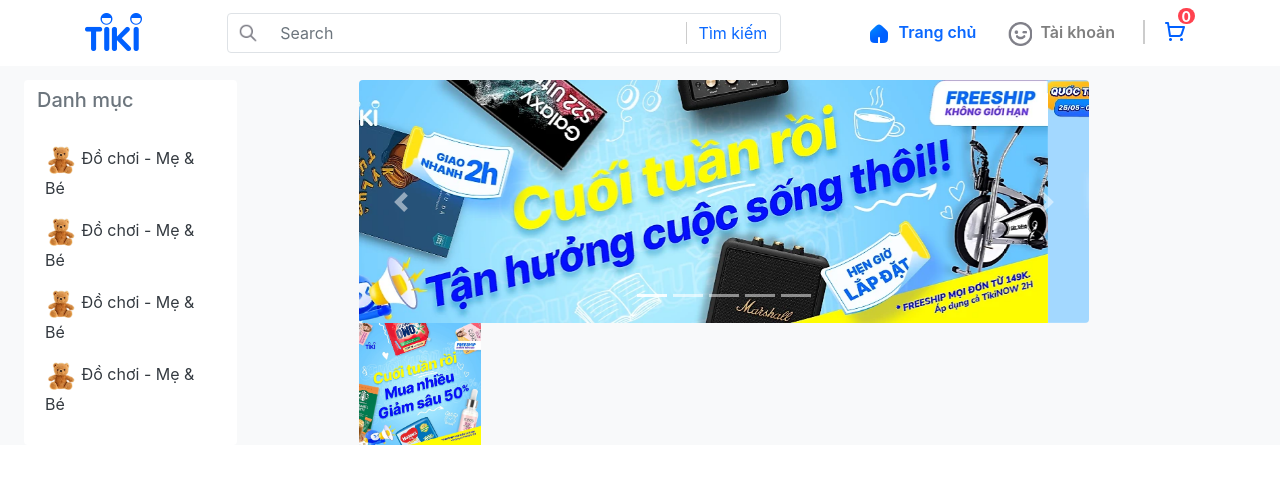
Repository: tam1512/website-ban-hang
Page: index.html
An editor plug-in stored every save of this project. The page is shown before and after the next save, followed by the edit.
The browser window is 1280 px wide. The pictures show the whole page.
Some web libraries are served in a nearby version.

Above is the page before, as saved 2023-05-27 19:20:02.

### index.html
<!DOCTYPE html>
<html lang="en">
  <head>
    <meta charset="UTF-8" />
    <meta http-equiv="X-UA-Compatible" content="IE=edge" />
    <meta name="viewport" content="width=device-width, initial-scale=1.0" />
    <title>Tiki - Mua hàng online</title>
    <link
      rel="stylesheet"
      href="https://stackpath.bootstrapcdn.com/bootstrap/4.3.1/css/bootstrap.min.css"
      integrity="sha384-ggOyR0iXCbMQv3Xipma34MD+dH/1fQ784/j6cY/iJTQUOhcWr7x9JvoRxT2MZw1T"
      crossorigin="anonymous"
    />
    <link rel="stylesheet" href="css/home.css" />
  </head>
  <body>
    <div class="home-page bg-light">
      <!-- Header -->
      <nav class="navbar navbar-expand-lg navbar-light bg-white fixed-top">
        <div class="container">
          <a href="#" class="navbar-brand">
            <img
              src="img/icon/logo.png"
              alt="Tiki"
              width="57"
              height="40"
              class="d-inline-block align-top"
            />
          </a>
          <button
            class="navbar-toggler"
            type="button"
            data-toggle="collapse"
            data-target="#navbarNav"
            aria-controls="navbarNav"
            aria-expanded="false"
            aria-label="Toggle navigation"
          >
            <span class="navbar-toggler-icon"></span>
          </button>
          <form action="" class="form-inline">
            <div class="input-group border rounded bg-white align-items-center">
              <img
                class="search-icon"
                src="img/icon/search.png"
                alt="icon-search"
                width="20"
                height="20"
              />
              <input
                class="form-control border-0"
                type="search"
                placeholder="Search"
                aria-label="Search"
              />
              <button class="btn my-2 my-sm-0">Tìm kiếm</button>
            </div>
          </form>
          <div class="header-user collapse navbar-collapse" id="navbarNav">
            <ul class="navbar-nav mr-auto">
              <li class="nav-item active">
                <a href="#" class="nav-link home-icon">
                  <img
                    src="img/icon/home-active.png"
                    alt=""
                    width="24"
                    height="24"
                  />
                  Trang chủ
                </a>
              </li>
              <li class="nav-item">
                <div class="dropdown-account">
                  <a href="#" class="nav-link user-icon">
                    <img
                      src="img/icon/user.png"
                      alt=""
                      width="24"
                      height="24"
                    />
                    Tài khoản
                  </a>
                  <div class="dropdown-menu-account">
                    <a href="#" class="menu-item">Thông tin tài khoản</a>
                    <a href="#" class="menu-item">Đơn hàng của tôi</a>
                    <a href="#" class="menu-item">Đăng xuất</a>
                  </div>
                </div>
              </li>
              <li class="nav-item">
                <a href="#" class="nav-link cart-icon">
                  <img src="img/icon/cart.png" alt="" width="24" height="24" />
                  <span class="quantity-product-cart">0</span>
                </a>
              </li>
            </ul>
          </div>
        </div>
      </nav>
      <!-- body -->
      <div class="container-fluid bg-light">
        <div class="row">
          <!-- Sidebar -->
          <div class="col-md-2 d-none d-md-block bg-white rounded sidebar ml-4">
            <div class="sidebar-sticky">
              <h5
                class="sidebar-heading d-flex justify-content-between align-items-center mt-2 mb-1 ml-2 text-muted"
              >
                Danh mục
              </h5>
              <ul class="nav flex-column mt-4">
                <li class="nav-item rounded">
                  <a href="#" class="nav-link text-dark">
                    <img
                      src="img/category/dochoi-me&be.png"
                      width="32"
                      height="32"
                      alt=""
                    />
                    Đồ chơi - Mẹ & Bé</a
                  >
                </li>
                <li class="nav-item rounded">
                  <a href="#" class="nav-link text-dark">
                    <img
                      src="img/category/dochoi-me&be.png"
                      width="32"
                      height="32"
                      alt=""
                    />
                    Đồ chơi - Mẹ & Bé</a
                  >
                </li>
                <li class="nav-item rounded">
                  <a href="#" class="nav-link text-dark">
                    <img
                      src="img/category/dochoi-me&be.png"
                      width="32"
                      height="32"
                      alt=""
                    />
                    Đồ chơi - Mẹ & Bé</a
                  >
                </li>
                <li class="nav-item rounded">
                  <a href="#" class="nav-link text-dark">
                    <img
                      src="img/category/dochoi-me&be.png"
                      width="32"
                      height="32"
                      alt=""
                    />
                    Đồ chơi - Mẹ & Bé</a
                  >
                </li>
              </ul>
            </div>
          </div>

          <!-- Main content -->
          <main role="main" class="col-md-10 ml-sm-auto col-lg-9 px-4">
            <!-- Slider -->
            <div
              id="carouselIndicators"
              class="carousel slide col-md-10 col-lg-10"
              data-ride="carousel"
            >
              <!-- Caeousel (thanh truoc) -->
              <ol class="carousel-indicators">
                <li
                  data-target="#carouselIndicators"
                  data-slide-to="0"
                  class="active"
                ></li>
                <li data-target="#carouselIndicators" data-slide-to="1"></li>
                <li data-target="#carouselIndicators" data-slide-to="2"></li>
                <li data-target="#carouselIndicators" data-slide-to="4"></li>
                <li data-target="#carouselIndicators" data-slide-to="5"></li>
              </ol>
              <!-- list slider -->
              <div class="carousel-inner rounded" role="listbox">
                <div class="carousel-item active">
                  <img
                    src="img/slider/1-1.png"
                    class="d-block img-fluid"
                    alt=""
                  />
                </div>
                <div class="carousel-item">
                  <img
                    src="img/slider/1-2.png"
                    class="d-block img-fluid"
                    alt=""
                  />
                </div>
                <div class="carousel-item">
                  <img
                    src="img/slider/1.png"
                    class="d-block img-fluid"
                    alt=""
                  />
                </div>
                <div class="carousel-item">
                  <img
                    src="img/slider/2.png"
                    class="d-block img-fluid"
                    alt=""
                  />
                </div>
                <div class="carousel-item">
                  <img
                    src="img/slider/3.png"
                    class="d-block img-fluid"
                    alt=""
                  />
                </div>
              </div>
              <!-- prev and next -->
              <a
                href="#carouselIndicators"
                class="carousel-control-prev"
                role="button"
                data-slide="prev"
              >
                <span
                  class="carousel-control-prev-icon"
                  aria-hidden="true"
                ></span>
                <spna class="sr-only">Previous</spna>
              </a>
              <a
                href="#carouselIndicators"
                class="carousel-control-next"
                role="button"
                data-slide="next"
              >
                <span
                  class="carousel-control-next-icon"
                  aria-hidden="true"
                ></span>
                <spna class="sr-only">Next</spna>
              </a>
            </div>
            <div class="col-md-2 col-lg-2">
              <img src="img/slider/right-image.png" class="img-fluid" alt="" />
            </div>
          </main>
        </div>
      </div>
    </div>
    <!-- Bootstrap JavaScript -->
    <script
      src="https://code.jquery.com/jquery-3.3.1.slim.min.js"
      integrity="sha384-q8i/X+965DzO0rT7abK41JStQIAqVgRVzpbzo5smXKp4YfRvH+8abtTE1Pi6jizo"
      crossorigin="anonymous"
    ></script>
    <script
      src="https://cdn.jsdelivr.net/npm/@popperjs/core@2.10.2/dist/umd/popper.min.js"
      integrity="sha384-4QJ63v0fU4zqSw8sT5WzE5uYIhSvP5b+Dj7B6pV8j2p6Zx3QJ4f1PcE1y9nHt6wN"
      crossorigin="anonymous"
    ></script>
    <script
      src="https://stackpath.bootstrapcdn.com/bootstrap/4.3.1/js/bootstrap.min.js"
      integrity="sha384-JjSmVgyd0p3pXB1rRibZUAYoIIy6OrQ6VrjIEaFf/nJGzIxFDsf4x0xIM+B07jRM"
      crossorigin="anonymous"
    ></script>
  </body>
</html>

### css/home.css
:root {
  --primary-color: rgb(10, 104, 255);
}

.home-page {
  padding-top: 80px;
}

/* Header */

/* Search */
.container .form-inline {
  flex: 1;
  justify-content: center;
}

.form-inline .input-group {
  width: 80%;
}

.home-page .navbar .form-control {
  border: none;
}

.search-icon {
  margin: 0 10px;
}

.input-group input.form-control:focus,
.input-group button.btn:focus {
  box-shadow: none;
  border-color: transparent;
}

.input-group:focus-within {
  border: 1px solid var(--primary-color) !important;
}
.input-group button.btn:hover {
  background-color: rgba(10, 104, 255, 0.2);
}
.input-group button.btn {
  position: relative;
  border-top-left-radius: 0;
  border-bottom-left-radius: 0;
  color: var(--primary-color);
}
.input-group button.btn::after {
  content: "";
  position: absolute;
  width: 1px;
  height: 60%;
  top: 20%;
  left: -1px;
  background-color: #ccc;
}

/* Header-user */
.active a {
  font-weight: 600;
  color: var(--primary-color) !important;
}

.home-icon,
.user-icon {
  padding: 8px 16px !important;
  border-radius: 8px;
  font-weight: 600;
}

.cart-icon {
  display: flex;
  position: relative;
  align-items: center;
  justify-content: center;
  width: 40px;
  height: 40px;
  border-radius: 8px;
  margin-left: 24px;
}

.quantity-product-cart {
  display: flex;
  align-items: center;
  justify-content: center;
  position: absolute;
  top: -4px;
  right: 0;
  font-size: 14px;
  background-color: rgb(255, 66, 79);
  height: 16px;
  border-radius: 8px;
  color: white;
  padding: 0.5px 4px;
  text-align: center;
  font-weight: 700;
}

.cart-icon::after {
  content: "";
  position: absolute;
  width: 2px;
  height: 24px;
  left: -12px;
  top: 50%;
  transform: translateY(-50%);
  background-color: #ccc;
}

.home-icon:hover,
.user-icon:hover,
.cart-icon:hover {
  background-color: rgba(10, 104, 255, 0.2);
}

.home-icon img,
.user-icon img {
  margin-right: 4px;
}

.home-page .navbar .container .navbar-collapse {
  flex-grow: unset;
}

.dropdown-account {
  position: relative;
}

.dropdown-menu-account {
  display: none;
  position: absolute;
  right: 0;
  top: calc(100% - 1px);
  padding: 10px 0;
  border-radius: 8px;
  border: 1px solid rgb(239, 239, 239);
  background-color: #fff;
  width: 240px;
  justify-content: center;
  flex-direction: column;
}

.dropdown-account:hover .dropdown-menu-account {
  display: flex;
}

.dropdown-menu-account .menu-item {
  color: rgb(39, 39, 42);
  padding: 8px 16px;
}

.dropdown-menu-account .menu-item:hover {
  color: var(--primary-color);
  background-color: rgba(39, 39, 42, 0.12);
  text-decoration: none;
}

/* Side bar */
.sidebar-sticky {
  margin-left: -10px;
  margin-right: -10px;
}

.sidebar .nav .nav-item:hover {
  transition: all 0.4s ease-in-out;
  background-color: rgba(39, 39, 42, 0.24);
}

/* Slider */

After the next save:
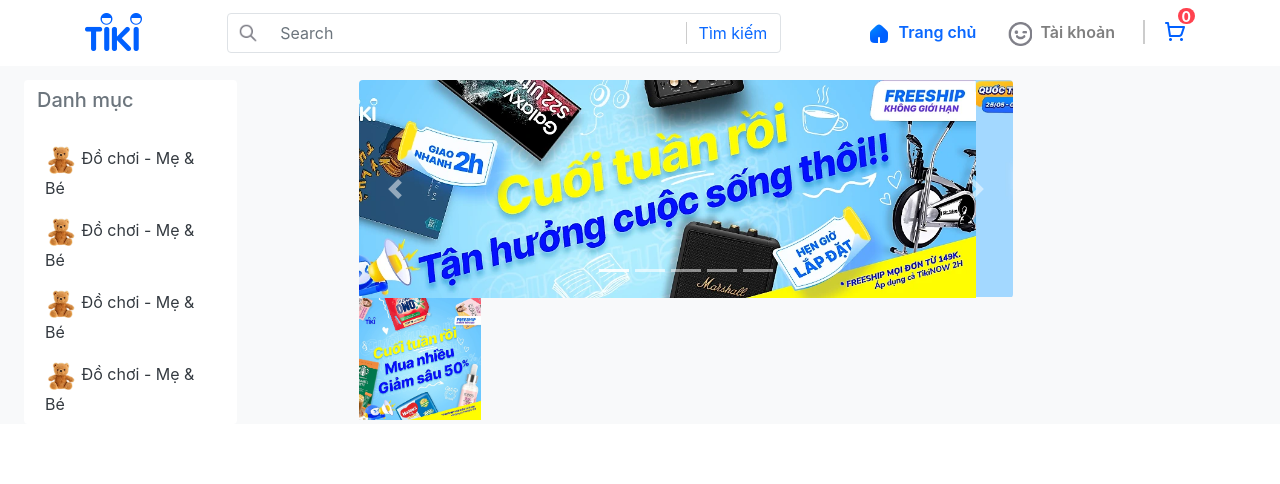
Saved 82 s later.
--- a/index.html
+++ b/index.html
@@ -158,11 +158,11 @@
           </div>
 
           <!-- Main content -->
-          <main role="main" class="col-md-10 ml-sm-auto col-lg-9 px-4">
+          <main role="main" class="col-md-9 ml-sm-auto col-lg-9 px-4">
             <!-- Slider -->
             <div
               id="carouselIndicators"
-              class="carousel slide col-md-10 col-lg-10"
+              class="carousel slide col-md-9 col-lg-9"
               data-ride="carousel"
             >
               <!-- Caeousel (thanh truoc) -->
